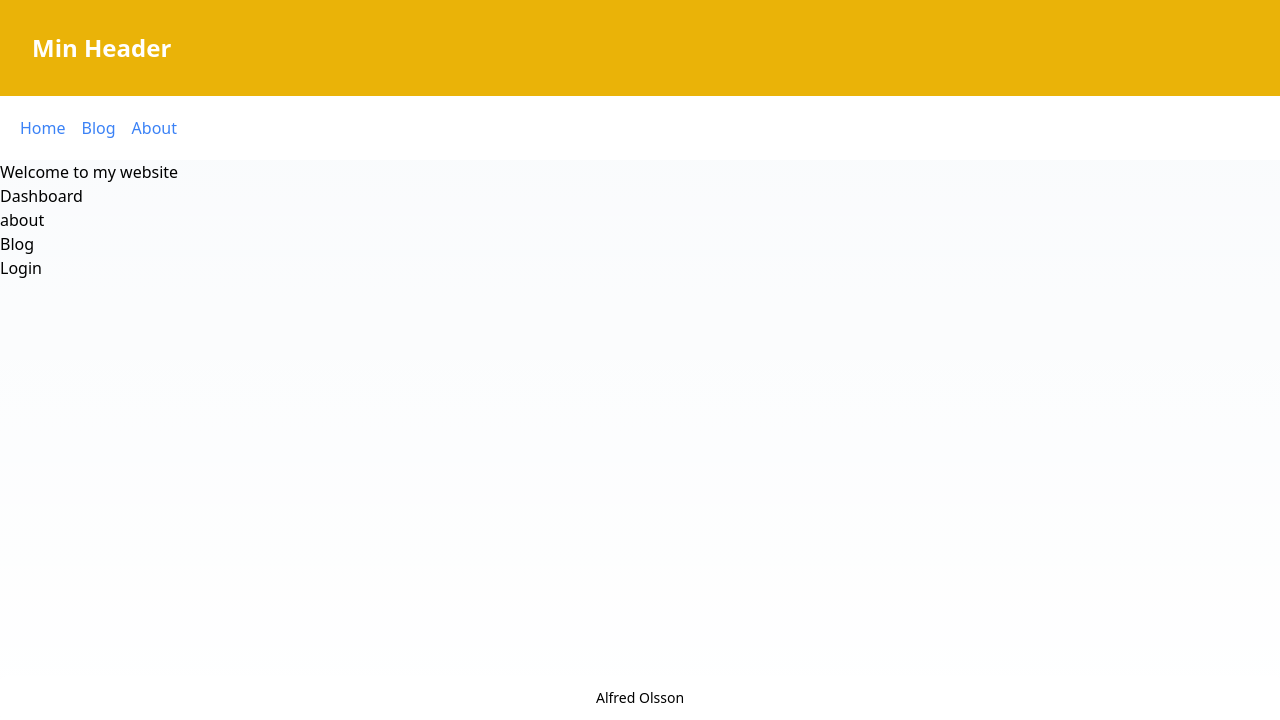
Repository: AlligatorAffe/NextWebsite
Page: /
An editor plug-in stored every save of this project. The page is shown before and after the next save, followed by the edit.
The browser window is 1280 px wide. The pictures show the whole page.
The project was rebuilt for these pictures with package versions that can differ from the ones it lists, and the page was loaded fresh each time. The framework's server and built-in components were replaced by stand-ins that run in the browser. Also part of the build but not shown: next.config.js.

Above is the page before, as saved 2024-01-04 21:47:17.

### app/layout.tsx
import './globals.css'
import { Metadata } from 'next'
import Link from 'next/link'




export const metadata: Metadata = {
  title: 'My webbpage',
  description: 'Welcome to Next.js',
}

/**
 *
 *
 *
 *
 *
 *

const inter = Inter({ subsets: ['latin'] })

export const metadata: Metadata = {
  title: 'Create Next App',
  description: 'Generated by create next app',
}

export default function RootLayout({
  children,
}: {
  children: React.ReactNode
}) {
  return (
    <html lang="en">
      <body>{children}</body>
    </html>
  )
}

 */

export default function RootLayout({
  // Layouts must accept a children prop.
  // This will be populated with nested layouts or pages
  children,

}: {
  children: React.ReactNode
}) {
  const navLinks = [
    { href: '/', label: 'Home' },
    { href: '/blogpost', label: 'Blog' },
    { href: '/about', label: 'About' },
  ];
  return (
    <html lang="en">
      <body className="flex flex-col min-h-screen bg-slate-50 text-black">
        <div className="flex-grow">
          <header className="bg-yellow-500 p-8">
            <h1 className="text-2xl font-bold text-white">Min Header</h1>
          </header>

          <nav className="bg-white p-5">
            <ul className="flex space-x-4">
              {navLinks.map((link, index) => (
                <li key={index}>
                  <Link href={link.href}>
                    <a className="text-blue-500 hover:underline">{link.label}</a>
                  </Link>
                </li>
              ))}
            </ul>
          </nav>
          {children}
        </div>
        <footer className="bg-white rounded-md p-3">
          <h3 className="text-black text-center text-sm font-medium">Alfred Olsson</h3>
        </footer>
      </body>
    </html>

  )
}

### app/template.tsx



export default function Template({ children }: { children: React.ReactNode }) {
    return <div>{children}</div>
  }

### app/page.tsx
import Image from 'next/image'
import { Metadata } from 'next'
import Link from 'next/link'

/*
export default function Page() {
  return <div >
      <h1 >
        Welcome to my website
      </h1>
    </div>

}
*/


export const metadata: Metadata = {
  title: 'My Page Title',
}

export default function Page() {
  return <div >
  <h1 >
    Welcome to my website
  </h1>
  <p>   <Link href="/dashboard">Dashboard</Link></p>
  <p>   <Link href="/about">about</Link></p>
  <p>   <Link href="/blogpost">Blog</Link></p>
  <p>   <Link href="/login">Login</Link></p>
</div>
}

Loaded but not shown: app/globals.css (common file); tailwind.config.ts (common file)

After the next save:
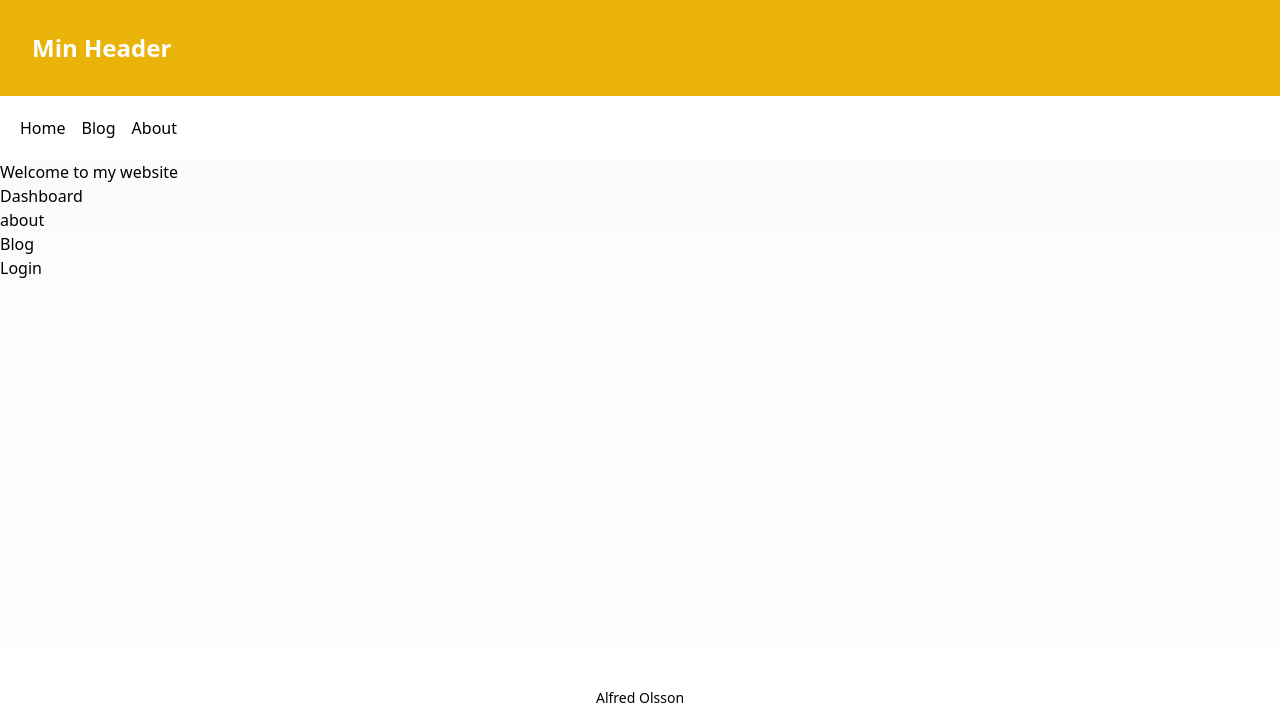
Saved 108 s later.
--- a/app/layout.tsx
+++ b/app/layout.tsx
@@ -65,7 +65,8 @@ export default function RootLayout({
               {navLinks.map((link, index) => (
                 <li key={index}>
                   <Link href={link.href}>
-                    <a className="text-blue-500 hover:underline">{link.label}</a>
+                    {link.label}
+
                   </Link>
                 </li>
               ))}
